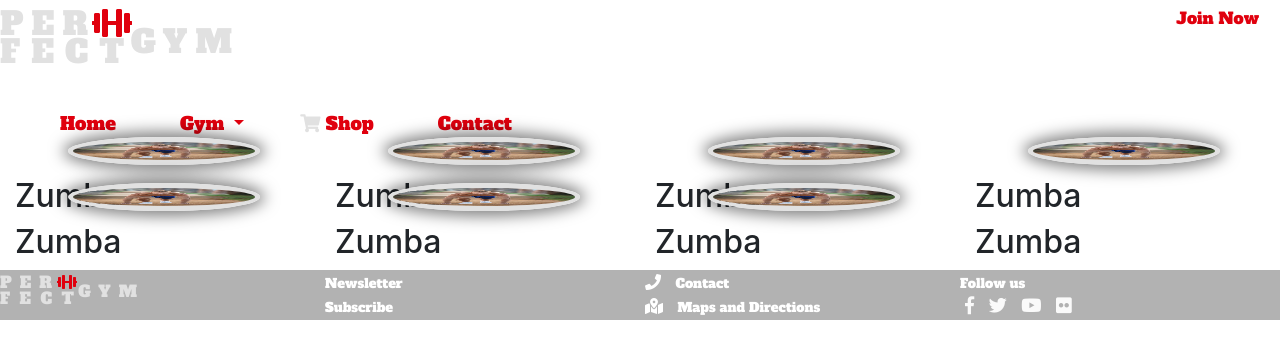
Repository: meghdadyazdi/UCFD-Milestone
Page: activities.html
The author's editor kept a record of every edit. The page is drawn from the files as they stood at one moment, then again after the next edit.
The browser window is 1280 px wide. The pictures show the whole page.
Some web libraries are served in a nearby version.

Above is the page before.

### activities.html
<!DOCTYPE html>
<html lang="en">

<head>
    <meta charset="UTF-8">
    <meta name="viewport" content="width=device-width, initial-scale=1.0">
    <meta http-equiv="X-UA-Compatible" content="ie=edge">
    <link rel="stylesheet" href="https://stackpath.bootstrapcdn.com/bootstrap/4.3.1/css/bootstrap.min.css" type="text/css" />
    <link rel="stylesheet" href="https://stackpath.bootstrapcdn.com/bootstrap/4.3.1/css/bootstrap.min.css">
    <link rel="stylesheet" href="https://use.fontawesome.com/releases/v5.6.1/css/all.css" integrity="sha384-gfdkjb5BdAXd+lj+gudLWI+BXq4IuLW5IT+brZEZsLFm++aCMlF1V92rMkPaX4PP" crossorigin="anonymous">
    <link href="https://fonts.googleapis.com/css?family=Alfa+Slab+One&display=swap" rel="stylesheet">
    <link rel="stylesheet" href="https://cdnjs.cloudflare.com/ajax/libs/hover.css/2.3.1/css/hover-min.css" type="text/css" />
    <link rel="stylesheet" href="style.css" type="text/css" />
    <title>Perfect Gym</title>
</head>

<body class="activities-body">



    <!--Header-->
    <header>
        <div class="row container-fluid container-top m-0 p-0">
            <div class="col-6 m-0 p-0">
                <div class="mylogo-big uppercase">
                    <div id="per_in_logo-big">per</div>
                    <div id="fect_in_logo-big">fect</div>
                    <div id="dumbbell-big"><i class="fas fa-dumbbell"></i></div>
                    <div id="gym_in_logo-big">gym</div>
                </div>
            </div>
            <div class="col-6">
                <a href="/login" class="btn btn--cta btn--red" data-toggle="modal" data-target="#join-us-modal">Join Now</a>
            </div>
        </div>
    </header>
    <!--/Header-->


    <!--Navbar-->
    <nav class="navbar navbar-light navbar-expand-sm">

        <button class="navbar-toggler ml-auto" type="button" data-toggle="collapse" data-target="#navbarNavDropdown" aria-controls="navbarNavDropdown" aria-expanded="false" aria-label="Toggle navigation">
                    <span class="navbar-toggler-icon"></span>
            </button>

        <div class="collapse navbar-collapse" id="navbarNavDropdown">
            <ul class="navbar-nav mr-auto">
                <li class="nav-item mr-2"><a href="/" class="nav-link">Home</a></li>

                <li class="nav-item dropdown">
                    <a class="nav-link dropdown-toggle" href="#" id="navbarDropdownMenuLink" role="button" data-toggle="dropdown" aria-haspopup="true" aria-expanded="false">Gym
                </a>
                    <div class="dropdown-menu" aria-labelledby="navbarDropdownMenuLink">
                        <a class="dropdown-item" href="trainers.html">Our trainers</a>
                        <a class="dropdown-item" href="activities.html">Activities</a>
                    </div>
                </li>
                <li class=" nav-item mr-2"><a href="/About" class="nav-link"><span><i class="fas fa-shopping-cart shop-icon"></i></span> Shop</a></li>
                <li class=" nav-item mr-2 "><a href="/About" class="nav-link">Contact</a></li>
            </ul>
        </div>


    </nav>
    <!--/Navbar-->


<section>
    <div class="row m-0 p-0">
        <div class="col-6 col-md-4 col-lg-3">
            <div class="box-activity">
                    <img src="images/trainer1.jpg" class="trainer"></img>
                    <h2>Zumba</h2>
                    <!--<p class="">-->
                    <!--    Jim is specialist in aerobic exercise. He is an expert in running and cardiovascular exercise (exercises for the heart and blood system)-->
                    <!--</p>-->
                    <!--<a href="#" class="btn p-0 m-0" data-toggle="modal" data-target="#join-us-modal">Contact him</a>-->
                </div>
        </div>
        <div class="col-6 col-md-4 col-lg-3">
            <div class="box-activity">
                    <img src="images/trainer1.jpg" class="trainer"></img>
                    <h2>Zumba</h2>
                    <!--<p class="">-->
                    <!--    Jim is specialist in aerobic exercise. He is an expert in running and cardiovascular exercise (exercises for the heart and blood system)-->
                    <!--</p>-->
                    <!--<a href="#" class="btn p-0 m-0" data-toggle="modal" data-target="#join-us-modal">Contact him</a>-->
                </div>
        </div>
        <div class="col-6 col-md-4 col-lg-3">
            <div class="box-activity">
                    <img src="images/trainer1.jpg" class="trainer"></img>
                    <h2>Zumba</h2>
                    <!--<p class="">-->
                    <!--    Jim is specialist in aerobic exercise. He is an expert in running and cardiovascular exercise (exercises for the heart and blood system)-->
                    <!--</p>-->
                    <!--<a href="#" class="btn p-0 m-0" data-toggle="modal" data-target="#join-us-modal">Contact him</a>-->
                </div>
        </div>
        <div class="col-6 col-md-4 col-lg-3">
            <div class="box-activity">
                    <img src="images/trainer1.jpg" class="trainer"></img>
                    <h2>Zumba</h2>
                    <!--<p class="">-->
                    <!--    Jim is specialist in aerobic exercise. He is an expert in running and cardiovascular exercise (exercises for the heart and blood system)-->
                    <!--</p>-->
                    <!--<a href="#" class="btn p-0 m-0" data-toggle="modal" data-target="#join-us-modal">Contact him</a>-->
                </div>
        </div>
        <div class="col-6 col-md-4 col-lg-3">
            <div class="box-activity">
                    <img src="images/trainer1.jpg" class="trainer"></img>
                    <h2>Zumba</h2>
                    <!--<p class="">-->
                    <!--    Jim is specialist in aerobic exercise. He is an expert in running and cardiovascular exercise (exercises for the heart and blood system)-->
                    <!--</p>-->
                    <!--<a href="#" class="btn p-0 m-0" data-toggle="modal" data-target="#join-us-modal">Contact him</a>-->
                </div>
        </div>
        <div class="col-6 col-md-4 col-lg-3">
            <div class="box-activity">
                    <img src="images/trainer1.jpg" class="trainer"></img>
                    <h2>Zumba</h2>
                    <!--<p class="">-->
                    <!--    Jim is specialist in aerobic exercise. He is an expert in running and cardiovascular exercise (exercises for the heart and blood system)-->
                    <!--</p>-->
                    <!--<a href="#" class="btn p-0 m-0" data-toggle="modal" data-target="#join-us-modal">Contact him</a>-->
                </div>
        </div>
        <div class="col-6 col-md-4 col-lg-3">
            <div class="box-activity">
                    <img src="images/trainer1.jpg" class="trainer"></img>
                    <h2>Zumba</h2>
                    <!--<p class="">-->
                    <!--    Jim is specialist in aerobic exercise. He is an expert in running and cardiovascular exercise (exercises for the heart and blood system)-->
                    <!--</p>-->
                    <!--<a href="#" class="btn p-0 m-0" data-toggle="modal" data-target="#join-us-modal">Contact him</a>-->
                </div>
        </div>
        <div class="col-6 col-md-4 col-lg-3">
            <div class="box-activity">
                    <!--<img src="images/trainer1.jpg" class="trainer"></img>-->
                    <h2>Zumba</h2>
                    <!--<p class="">-->
                    <!--    Jim is specialist in aerobic exercise. He is an expert in running and cardiovascular exercise (exercises for the heart and blood system)-->
                    <!--</p>-->
                    <!--<a href="#" class="btn p-0 m-0" data-toggle="modal" data-target="#join-us-modal">Contact him</a>-->
                </div>
        </div>
    </div>
</section>



    <!--Footer-->
    <footer class="container-fluid container-footer m-0 p-0">



        <div id="footer-details" class="row container-fluid m-0 p-0">
            <div class="col-12 col-sm-3 p-0 m-0">
                <!--logo-->
                <div class="mylogo uppercase">
                    <div id="per_in_logo">per</div>
                    <div id="fect_in_logo">fect</div>
                    <div id="dumbbell"><i class="fas fa-dumbbell"></i></div>
                    <div id="gym_in_logo">gym</div>
                </div>
                <!--/logo-->
            </div>
            <div class="col-sm-3">
                <div class="row">
                    <div class="col-12 footer-items">
                        <a href="#" class="footer-font">
                            Newsletter
                        </a>
                    </div>
                    <div class="col-12 footer-items">
                        <a class="footer-font" href="#">
                            Subscribe
                        </a>
                    </div>
                </div>
            </div>
            <div class="col-sm-6 col-md-3">
                <div class="row">
                    <div class="col-12 footer-items">
                        <a href="#" target="_blank">
                            <i id="phone" class="fas fa-phone"></i>
                            <span class="sr-only">phone</span>
                        </a>
                        <a class="footer-font" href="#">Contact</a>
                    </div>

                    <div class="col-12 footer-items">
                        <a href="https://www.google.com/maps/place/Corvo+Island/@39.6981037,-31.1405764,13z/data=!3m1!4b1!4m5!3m4!1s0xb3247959c9c6983:0x59be196c967d2206!8m2!3d39.7023111!4d-31.1080244" target="_blank">
                            <i id="map" class="fas fa-map-marked-alt"></i>
                            <span class="sr-only">Map</span>
                        </a>
                        <a class="footer-font" href="https://www.google.com/maps/place/Corvo+Island/@39.6981037,-31.1405764,13z/data=!3m1!4b1!4m5!3m4!1s0xb3247959c9c6983:0x59be196c967d2206!8m2!3d39.7023111!4d-31.1080244" target="_blank">Maps and Directions
                        </a>
                    </div>
                </div>
            </div>
            <div class="col-sm-6 col-md-3 footer-items">
                <p class="footer-font d-inlineblock m-0 p-0">Follow us</p>
                <ul class="list-inline social-link">
                    <li class="list-inline-item">
                        <a href="#" target="_blank">
                            <i class="fab fa-facebook-f" aria-hidden="true"></i>
                            <span class="sr-only">Facebook</span>
                        </a>
                    </li>
                    <li class="list-inline-item">
                        <a href="#" target="_blank">
                            <i class="fab fa-twitter" aria-hidden="true"></i>
                            <span class="sr-only">Twitter</span>
                        </a>
                    </li>
                    <li class="list-inline-item">
                        <a href="#" target="_blank">
                            <i class="fab fa-youtube" aria-hidden="true"></i>
                            <span class="sr-only">YouTube</span>
                        </a>
                    </li>
                    <li class="list-inline-item">
                        <a href="#" target="_blank">
                            <i class="fab fa-flickr" aria-hidden="true"></i>
                            <span class="sr-only">flicker</span>
                        </a>
                    </li>
                </ul>
            </div>
        </div>
    </footer>
    <!--/Footer-->



    <!--Form for join as Modal-->
    <div class="modal" tabindex="-1" role="dialog" id="join-us-modal">
        <div class="modal-dialog" role="document">
            <div class="modal-content">
                <div class="modal-header font-form-title">
                    <h5 class="modal-title">Join us for free consulting</h5>
                    <button type="button" class="close" data-dismiss="modal" aria-label="Close">
                            <span aria-hidden="true">&times;</span>
                            </button>
                </div>
                <div class="modal-body">
                    <form>
                        <div class="form-group">
                            <label class="font-form-item" for="firstname">First Name</label>
                            <input type="text" class="form-control" id="firstname" placeholder="Enter your firstname">
                        </div>
                        <div class="form-group">
                            <label class="font-form-item" for="lastname">Last Name</label>
                            <input type="text" class="form-control" id="lastname" placeholder="Enter your lastname">
                        </div>
                        <div class="form-group">
                            <label class="font-form-item" for="exampleInputEmail1">Email address</label>
                            <input type="email" class="form-control" id="exampleInputEmail1" aria-describedby="emailHelp" placeholder="Enter email">
                        </div>
                        <div class="form-group">
                            <label class="font-form-item" for="password">Password</label>
                            <input type="password" class="form-control" id="password" placeholder="Password">
                        </div>
                        <div class="form-group">
                            <label class="font-form-item" for="repeatpassword">Password</label>
                            <input type="password" class="form-control" id="repeatpassword" placeholder="Repeat Password">
                        </div>
                        <div class="form-group">
                            <label class="font-form-item" for="age">Your age</label>
                            <input type="number" class="form-control" id="age" placeholder="Age" min="7" max="85">
                        </div>
                        <div class="form-group">
                            <label class="font-form-item" for="age">Gender</label>
                            <br>
                            <input class="font-form-item" type="radio" name="gender" value="male" checked> Male<br>
                            <input class="font-form-item" type="radio" name="gender" value="female"> Female<br>
                            <input class="font-form-item" type="radio" name="gender" value="other"> Other<br><br>
                        </div>
                        <button type="submit" class="btn btn-success">Submit</button>
                    </form>
                </div>
            </div>
        </div>
    </div>
    <!--/Form for join as Modal-->




    <script src="https://code.jquery.com/jquery-3.3.1.slim.min.js" integrity="sha384-q8i/X+965DzO0rT7abK41JStQIAqVgRVzpbzo5smXKp4YfRvH+8abtTE1Pi6jizo" crossorigin="anonymous"></script>
    <script src="https://cdnjs.cloudflare.com/ajax/libs/popper.js/1.14.3/umd/popper.min.js" integrity="sha384-ZMP7rVo3mIykV+2+9J3UJ46jBk0WLaUAdn689aCwoqbBJiSnjAK/l8WvCWPIPm49" crossorigin="anonymous"></script>
    <script src="https://stackpath.bootstrapcdn.com/bootstrap/4.1.3/js/bootstrap.min.js" integrity="sha384-ChfqqxuZUCnJSK3+MXmPNIyE6ZbWh2IMqE241rYiqJxyMiZ6OW/JmZQ5stwEULTy" crossorigin="anonymous"></script>


</body>

</html>

### style.css
@import url('https://fonts.googleapis.com/css?family=Roboto:100,200,300,400,500,600,700|Exo:100,200,300,400,500,600,700');



.index-body {
    background-image: url("images/index.jpg");
    background-position: center center;
    background-repeat: no-repeat;
    background-attachment: fixed;
    background-color: #e1e1e1;
    -webkit-background-size: cover;
    -moz-background-size: cover;
    -o-background-size: cover;
    background-size: cover;

    /*background: url(background-photo.jpg) center center cover no-repeat fixed;*/
}


.trainers-body {
    height: 100vh;
    background-image: url("images/trainers.jpg");
    background-position: center center;
    background-repeat: no-repeat;
    background-attachment: fixed;
    background-color: #e1e1e1;
    -webkit-background-size: cover;
    -moz-background-size: cover;
    -o-background-size: cover;
    background-size: cover;
}

/*----------------------------------header-------------------------------------*/

header .btn {
    float: right;
}

.container-top {
    background-color: rgba(0, 0, 0, 0);
    height: 70px;
}

/*---------------------------------big logo------------------------------------*/

.mylogo-big {
    font-family: 'Alfa Slab One', cursive;
    font-size: xx-large;
    letter-spacing: 8px;
    color: #e1e1e1;
    width: 240px;
    height: 100px;
    position: relative;



}

#per_in_logo-big {
    margin-bottom: -20px;
}

#fect_in_logo-big {
    margin-bottom: 0px;
    letter-spacing: 11px;
}

#dumbbell-big {
    color: #e0000e;
    margin: 0;
    position: absolute;
    font-size: xx-large;
    right: 100px;
    top: 0px;
}

#gym_in_logo-big {
    margin: 0;
    position: absolute;
    right: 0px;
    top: 18px;
}



/*---------------------------------Nav bar-------------------------------------*/

.font-nav-main {
    font-family: 'Alfa Slab One', cursive;
    font-weight: 100;
    font-size: large;
}

nav ul li {
    font-family: 'Alfa Slab One', cursive;
    font-weight: 100;
    font-size: large;
    padding: 0px 15px;
    color: #fff;

}

.navbar-light .navbar-nav .nav-link {
    color: #e0000e;
}


.navbar-light .navbar-nav .nav-link:focus,
.navbar-light .navbar-nav .nav-link:hover {
    color: #e0000e;
    background-color: rgba(0, 0, 0, .5);
    border-radius: 10%;
}

.navbar {
    padding: 2rem 2rem;
    /*background-color: #000;*/
}


.btn-header {}


.navbar-toggler {

    background-color: rgba(224, 0, 14, .3);
    border-radius: 20%;
    border-color: #e0000e;
}

.dropdown-menu {
    color: #e0000e;
    background-color: transparent;
    border: rgba(0, 0, 0, 0);

}

.dropdown-item {
    color: #e0000e;

}

.dropdown-item:hover {
    color: #e0000e;
    background-color: rgba(0, 0, 0, .5);
    border-radius: 10%;
}

button:focus {
    outline-color: transparent;
}

.shop-icon {
    color: #e1e1e1;
}

/*---------------------------------main section-------------------------------------*/

.container-index {
    margin-top: 95px;
    /*min-height: 500px;*/
    /*height: 100vh;*/
    /*width: 100%;*/
    /*background-attachment: fixed;*/
    /*background: url("images/index.jpg") no-repeat top left;*/
    /*-webkit-background-size: cover;*/
    /*-moz-background-size: cover;*/
    /*-o-background-size: cover;*/
    /*background-size: 100%;*/
    /*display: flex;*/
    /*align-items: center;*/
    /*justify-content: center;*/
    /*position: relative;*/
}

.slogan {
    margin: 0% 5%;
    padding: 0rem 0rem;
    display: block;
}

.gp {
    font-size: 12px !important;
    margin: 0rem 5rem;
    padding: 0rem 5rem;
    display: block;
    /*margin: 0rem 30rem;*/
    /*padding: 0rem 0rem;*/
    /*text-align: center;*/
    font-style: italic;
}





/*----------------------------------Footer-------------------------------------*/

/*--------------------------------small logo-----------------------------------*/

.mylogo {
    font-family: 'Alfa Slab One', cursive;

    letter-spacing: 8px;
    color: #e1e1e1;
    width: 145px;
    position: relative;

}

#per_in_logo {
    margin-bottom: -8px;
}

#fect_in_logo {
    margin-bottom: 0px;
    letter-spacing: 9.5px;
}

#dumbbell {
    color: #e0000e;
    margin: 0;
    position: absolute;
    right: 60px;
    top: 0px;
}

#gym_in_logo {
    margin: 0;
    position: absolute;
    right: 0px;
    top: 9px;
}

/*-------------------------------/small logo-----------------------------------*/

footer {

    left: 0;
    bottom: 0 !important;
    min-height: 50px;
    background-color: rgba(0, 0, 0, .3);
    /*color: #fafafa;*/
}

/*.footer-trainers{*/

/*    width: 100%;*/

/*}*/

.footer-index {
    position: fixed;
}

.footer-items {
    padding: 0;
    margin: 0;
}

#phone,
#map {
    color: #fff;
}


.social-link {
    margin: 0;
}


.social-link li a i {

    font-size: 18px;
    text-align: center;
    color: #fafafa;


    transition: all .5s ease-in-out;
    -moz-transition: all .5s ease-in-out;
    -webkit-transition: all .5s ease-in-out;
    -o-transition: all .5s ease-in-out;
}


.list-inline-item {
    margin: 0;
}


.social-link li a i:hover {
    color: #e0000e;
    font-size: 22px;
}


.list-inline-item:not(:last-child) {
    margin-right: 0;
}


/*----------------------join us form-------------------------*/

.font-form-title {
    font-family: 'Alfa Slab One', cursive;
    font-weight: 100;
    font-size: x-small;
}

.font-form-item {
    font-family: 'Alfa Slab One', cursive;
    font-weight: 100;
    font-size: small;
}


/*.btn.focus,*/

/*.btn:focus {*/

/*    outline: 0;*/

/*    box-shadow: 0 0 0 0.2rem #e1e1e1;*/

/*}*/

.btn-success {
    color: #e0000e !important;
    background-color: #fff !important;
    border-color: #e0000e;
    padding: 5px 5px !important;
}

.btn-success:hover {
    color: #fff !important;
    background-color: #e0000e !important;
    border-color: #e0000e;
}

.btn-success:not(:disabled):not(.disabled):active,
.show>.btn-success.dropdown-toggle {
    color: transparent;
    background-color: transparent;
    border-color: #e0000e;
}

.btn-success.focus,
.btn-success:focus {
    box-shadow: 0 0 0 0.2rem rgba(0, 0, 0, 0);
}

.btn-success:not(:disabled):not(.disabled):active:focus,
.show>.btn-success.dropdown-toggle:focus {
    box-shadow: 0 0 0 0.2rem rgba(0, 0, 0, 0);
}



/*----------------------Special paddings/margins/text-------------------------*/

.bg-transparent {
    background-color: rgba(0, 0, 0, .1);
}

.uppercase {
    text-transform: uppercase;
}

.main-font {

    font-family: 'Alfa Slab One', cursive;
    font-weight: 100;
    font-size: x-large;
    color: #e1e1e1;
    text-shadow: 2px 2px 2px #e0000e;
    text-align: center;

}

.footer-font {
    font-size: small;
    font-family: 'Alfa Slab One', cursive;
    font-weight: 100;
    color: #fff;
}

a:hover {
    color: #e0000e;
    text-decoration: none;
}


a {
    margin: 0 5px;
}


.d-block {
    display: block;
}

.d-inlineblock {
    display: inline-block;
}

.m-0 {
    margin: 0 !important;
}

.p-0 {
    padding: 0 !important;
}




.btn {
    font-family: 'Alfa Slab One', cursive;
    font-weight: 100;
    color: #e0000e;
    text-align: center;
    padding: 5px 0px;
    font-size: 1rem;

    /*border-radius: .25rem;*/
    /*transform: none;*/
}

.btn:hover {
    text-decoration: none;
    background-color: #e0000e;
    color: #fff;
    transition: background-color .4s ease-in-out;
}


.btn.focus,
.btn:focus {
    outline: 0;
    box-shadow: 0 0 0 0.2rem rgba(0, 123, 255, 0);
}

/*----------------------/Special paddings/margins/text-------------------------*/

/*-------------------------------trainers-----------------------------------*/

.box {
    -webkit-box-shadow: 0px 0px 80px 60px rgba(0, 0, 0, 0.75);
    -moz-box-shadow: 0px 0px 80px 60px rgba(0, 0, 0, 0.75);
    box-shadow: 0px 0px 80px 60px rgba(0, 0, 0, 0.75);
    width: 300px;
    height: 300px;
    display: inline-block;
    background-color: #414345;
    position: relative;
    margin: 10% 20%;
    border-radius: 5%;
}



.box h2 {
    font-family: 'Alfa Slab One', cursive;
    font-size: x-large;
    color: #e0000e;
    /*width: 240px;*/
    /*height: 100px;*/
    position: relative;
    text-align: center;
    top: 55%;
    left: 50%;
    margin-right: -50%;
    transform: translate(-50%, -50%)
}

.box p {
    font-family: 'Alfa Slab One', cursive;
    font-size: small;
    color: #e1e1e1;
    /*width: 240px;*/
    /*height: 100px;*/
    position: relative;
    text-align: center;
    font-style: italic;
    position: absolute;
    top: 75%;
    left: 50%;
    margin-right: -50%;
    transform: translate(-50%, -50%)

}

.trainer {
    height: 60%;
    width: 60%;
    /*margin: 0% 20%;*/
    border-radius: 50%;
    /*position: relative;*/
    position: absolute;
    top: -40px;
    right: 60px;
    border-style: solid;
    border-width: 5px;
    border-color: #e1e1e1;
    -webkit-box-shadow: 0px 0px 30px 60px rgba(214, 0, 14, 0.75);
    -moz-box-shadow: 0px 0px 80px 60px rgba(0, 0, 0, 0.75);
    box-shadow: 0px 0px 15px 5px rgba(0, 0, 0, 0.5);
    transition: height .5s ease-in-out;
    -moz-transition: height .5s ease-in-out;
    -webkit-transition: height .5s ease-in-out;
    -o-transition: height .5s ease-in-out;
    transition: width .5s ease-in-out;
    -moz-transition: width .5s ease-in-out;
    -webkit-transition: width .5s ease-in-out;
    -o-transition: width .5s ease-in-out;
}

.trainer:hover{
    transform: translate(5px, 5px)
}

/*.trainer2{*/

/*}*/

/*.trainer3{*/

/*}*/

/*.trainer4{*/

/*}*/

/*-------------------------------Media Query-----------------------------------*/

@media only screen and (max-width: 767px) {
    index-body {
        background-image: url("images/index-mobile.jpg");
    }
    trainers-body {
        background-image: url("images/trainers-mobile.jpg");
    }
}


@media only screen and (max-width: 576px) {
    .container-index {
        margin-top: 35px;
    }
    .slogan {
        margin: 0;
    }

    .gp {
        font-size: 12px !important;
        margin: 0rem 0rem;
        padding: 0rem 0rem;
        display: block;
        /*margin: 0rem 30rem;*/
        /*padding: 0rem 0rem;*/
        /*text-align: center;*/
        font-style: italic;
    }


}

/*-------------------------------/Media Query-----------------------------------*/

After the next edit:
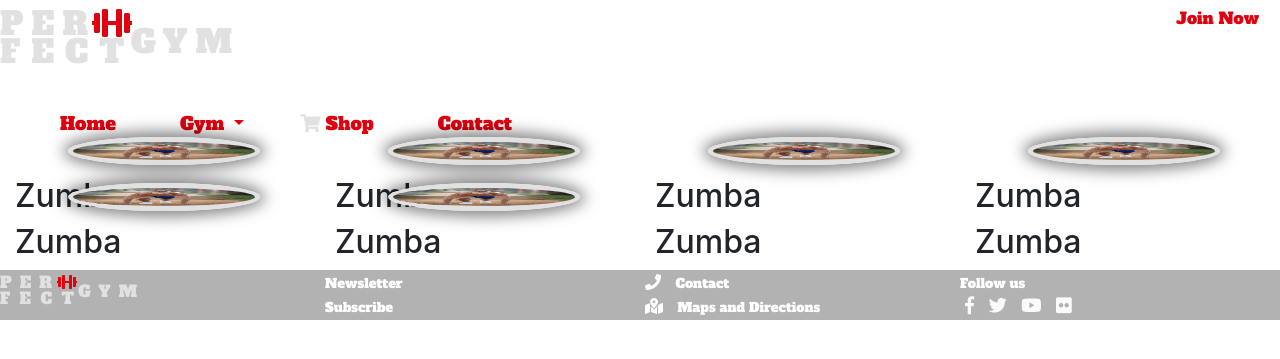
The edit:
--- a/activities.html
+++ b/activities.html
@@ -130,7 +130,7 @@
         </div>
         <div class="col-6 col-md-4 col-lg-3">
             <div class="box-activity">
-                    <img src="images/trainer1.jpg" class="trainer"></img>
+                    <!--<img src="images/trainer1.jpg" class="trainer"></img>-->
                     <h2>Zumba</h2>
                     <!--<p class="">-->
                     <!--    Jim is specialist in aerobic exercise. He is an expert in running and cardiovascular exercise (exercises for the heart and blood system)-->
